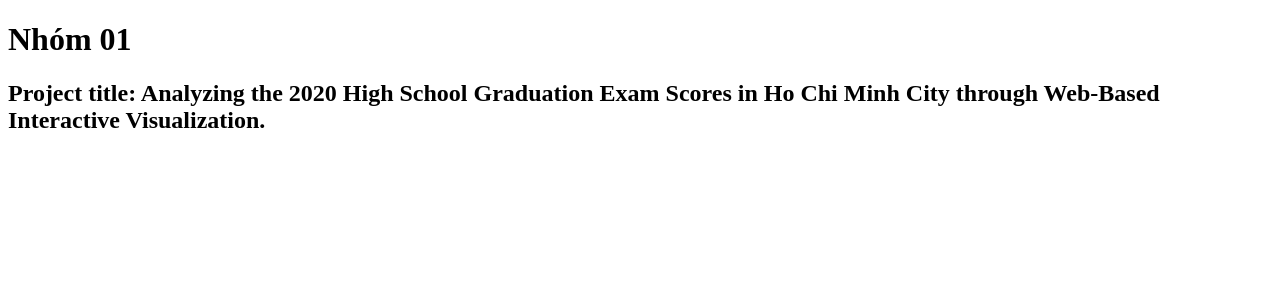
Repository: ducdatit2002/eduviz
Page: index.html
An editor plug-in stored every save of this project. The page is shown before and after the next save, followed by the edit.
The browser window is 1280 px wide. The pictures show the whole page.

Above is the page before, as saved 2023-11-28 12:42:11.

### index.html
<!DOCTYPE html>
<html lang="en">
<head>
    <meta charset="UTF-8">
    <meta name="viewport" content="width=device-width, initial-scale=1.0">
    <title>Data Science Visualization</title>
</head>
<body>
    <h1>Nhóm 01</h1>
    <h2>Project title: Analyzing the 2020 High School Graduation Exam Scores in Ho Chi Minh City through Web-Based Interactive Visualization.
    </h2>

    <!-- Design 1: Comparative Score Analysis  -->

</body>
</html>

After the next save:
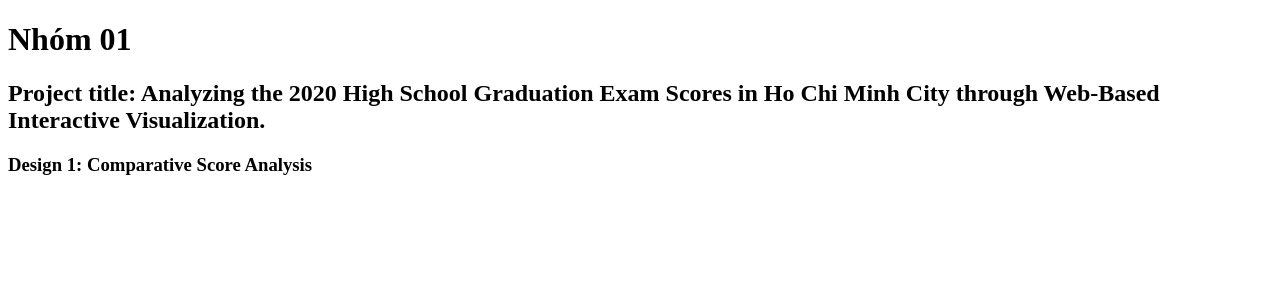
Saved 9 s later.
--- a/index.html
+++ b/index.html
@@ -11,6 +11,6 @@
     </h2>
 
     <!-- Design 1: Comparative Score Analysis  -->
-
+    <h3>Design 1: Comparative Score Analysis</h3>
 </body>
 </html>
